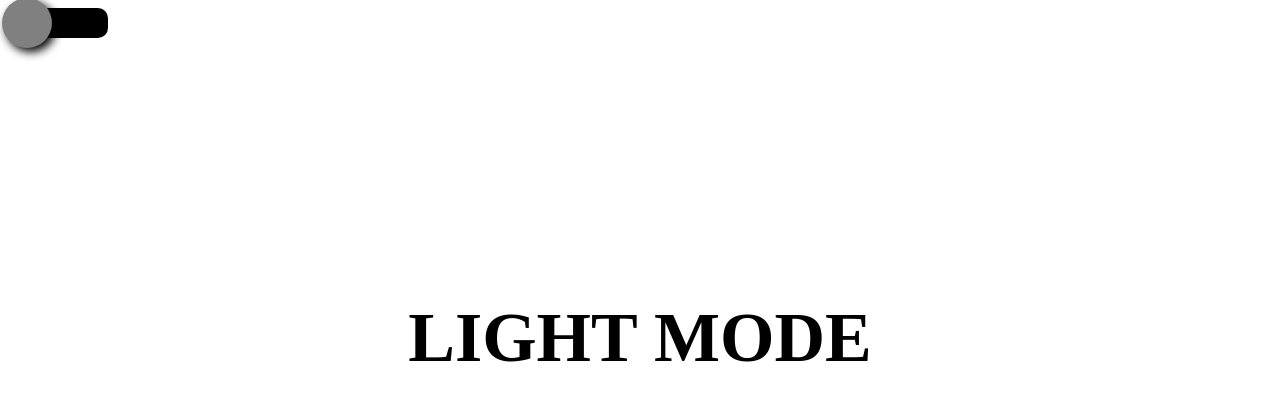
Repository: Eugene44-hub/darkmode-lightmode
Page: index.html
An editor plug-in stored every save of this project. The page is shown before and after the next save, followed by the edit.
The browser window is 1280 px wide. The pictures show the whole page.

Above is the page before, as saved 2021-09-13 02:00:09.

### index.html
<!DOCTYPE html>
<html lang="en">

<head>
    <meta charset="UTF-8">
    <meta http-equiv="X-UA-Compatible" content="IE=edge">
    <meta name="viewport" content="width=device-width, initial-scale=1.0">
    <title>Document</title>
    <link rel="stylesheet" href="style.css">
</head>

<body>

    <div class="box">
        <div class="circle"></div>
    </div>

    <div class="container">
        <p> Light mode</p>
    </div>

    <!-- <div class="square"></div>
    <div class="circle"></div> -->
    <script src="app.js"></script>
</body>

</html>

### style.css
body {
    height: 600px;
    transition: all 0.5s;
}

p {
    margin: auto;
    font-size: 30px;
    font-weight: bold;
    text-transform: uppercase;
    text-align: center;
    font-size: 70px;
}

.box {
    background-color: black;
    height: 30px;
    width: 100px;
    position: relative;
    transition: all 0.5s;
    border-radius: 10px;
}

.container {
    height: 600px;
    display: flex;
}

.circle {
    top: -10px;
    background-color: grey;
    height: 50px;
    width: 50px;
    box-shadow: 4px 4px 10px black;
    border-radius: 50%;
    position: absolute;
    left: -6px;
    transition: all 0.5s;
}

### app.js
const circle = document.querySelector('.circle');
const box = document.querySelector('.box');
const text = document.querySelector('p');
circle.addEventListener('click', e => {
    if (circle.style.left == '-6px') {
        document.body.style.backgroundColor = 'black';
        circle.style.left = '50px'
        box.style.backgroundColor = 'white'
        text.style.color = 'white';
        text.textContent = 'dark mode'

    } else {
        circle.style.left = '-6px'
        document.body.style.backgroundColor = 'white';
        text.style.color = 'black';
        box.style.backgroundColor = 'black';
        text.textContent = 'light mode';
    }
})

After the next save:
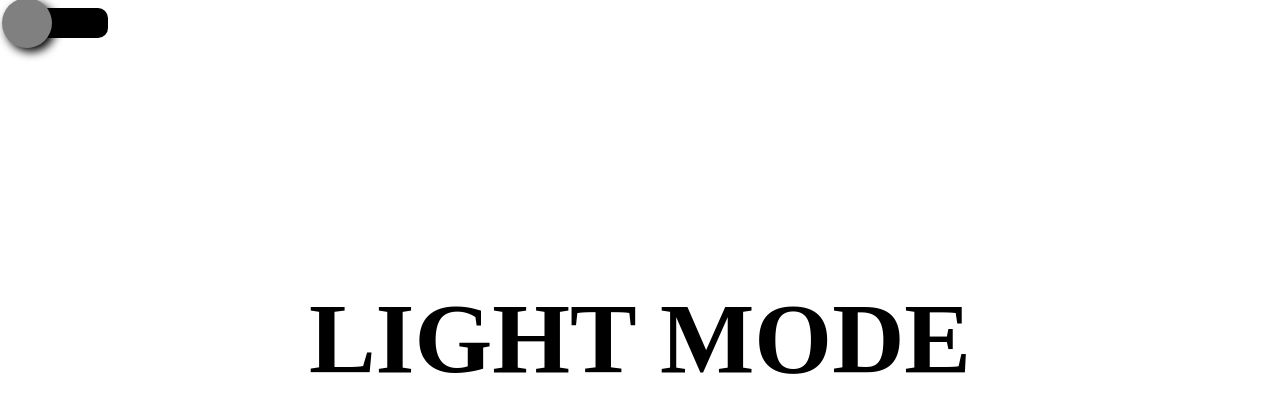
Saved 7 s later.
--- a/style.css
+++ b/style.css
@@ -9,7 +9,7 @@ p {
     font-weight: bold;
     text-transform: uppercase;
     text-align: center;
-    font-size: 70px;
+    font-size: 100px;
 }
 
 .box {
